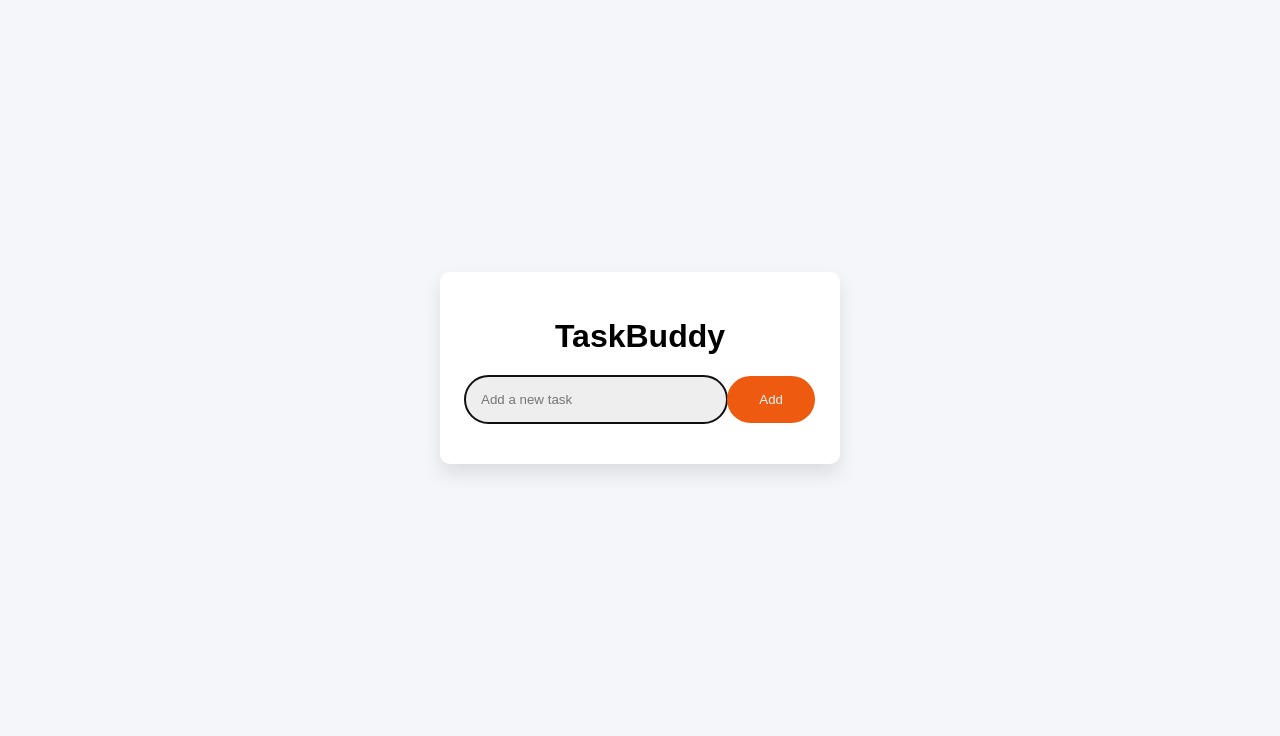
Repository: yogeshnandwani/taskbuddy-todo
Page: index.html
An editor plug-in stored every save of this project. The page is shown before and after the next save, followed by the edit.
The browser window is 1280 px wide. The pictures show the whole page.
The first visible `input` has the focus.

Above is the page before, as saved 2026-03-16 17:31:17.

### index.html
<!DOCTYPE html>
<html lang="en">
<head>
<meta charset="UTF-8">
<title>TaskBuddy</title>
<link rel="stylesheet" href="css/style.css">
</head>

<body>

<div class="app">

<h1>TaskBuddy</h1>

<div class="task-input">
<input type="text" id="taskInput" placeholder="Add a new task">
<button id="addBtn">Add</button>
</div>

<ul id="taskList"></ul>

</div>

<script src="js/script.js"></script>

</body>
</html>

### css/style.css
body{
    font-family: Arial, sans-serif;
    background:#f4f6f9;
    display:flex;
    justify-content:center;
    align-items:center;
    height:100vh;
}

.app{
    background:white;
    padding:25px;
    border-radius:10px;
    width:350px;
    box-shadow:0 10px 20px rgba(0,0,0,0.1);
}

h1{
    text-align:center;
}

.task-input{
    display:flex;
}

input{
    flex:1;
    padding:8px;
    border: none;
    border-radius: 50px;
    padding: 1rem;
    background-color: #eee;
}

input:focus{
    border: none;
}

button{
    padding:1rem 2rem;
    border: none;
    border-radius: 50px;
    background-color: #ee5a10;
    color: #f4f6f9;
    cursor:pointer;
}

li{
    background:#eee;
    margin-top:10px;
    padding:10px;
    display:flex;
    justify-content:space-between;
}

Loaded but not shown: js/script.js (no copy from this time; the picture is the same without it)

After the next save:
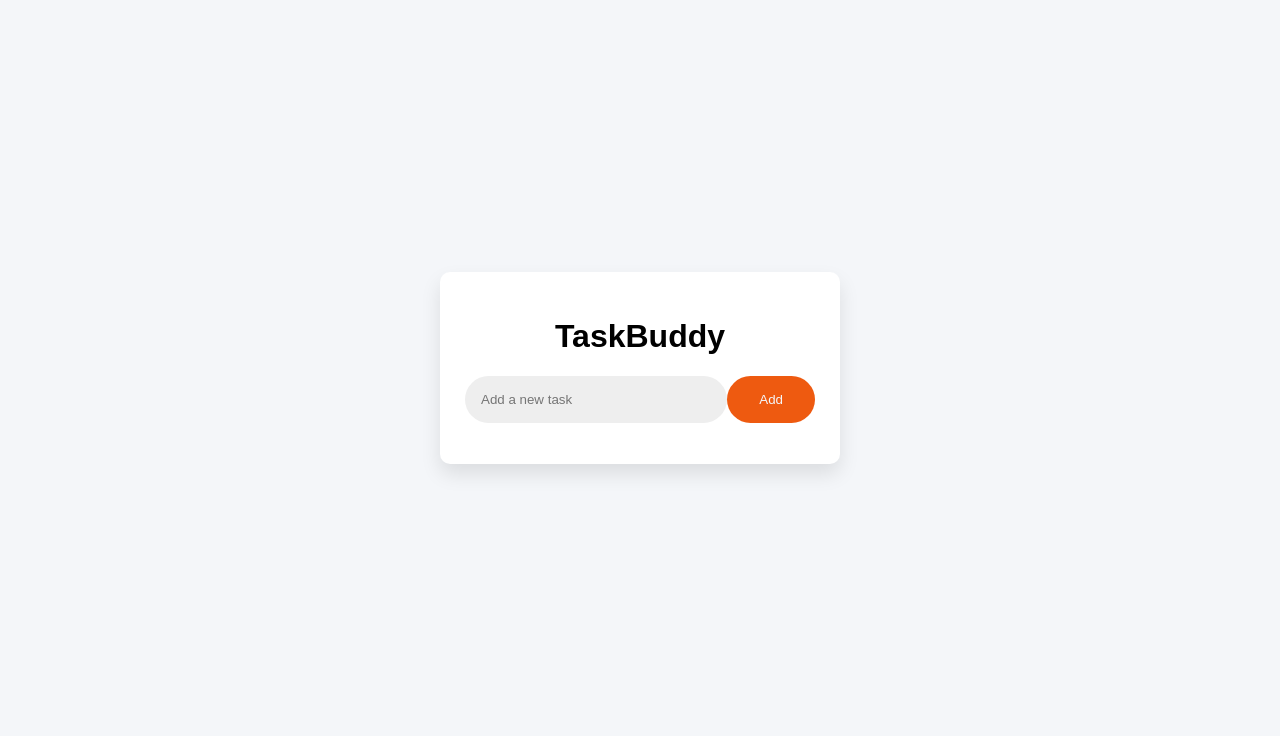
Saved 16 s later.
--- a/css/style.css
+++ b/css/style.css
@@ -33,7 +33,7 @@ input{
 }
 
 input:focus{
-    border: none;
+    outline: none;
 }
 
 button{
